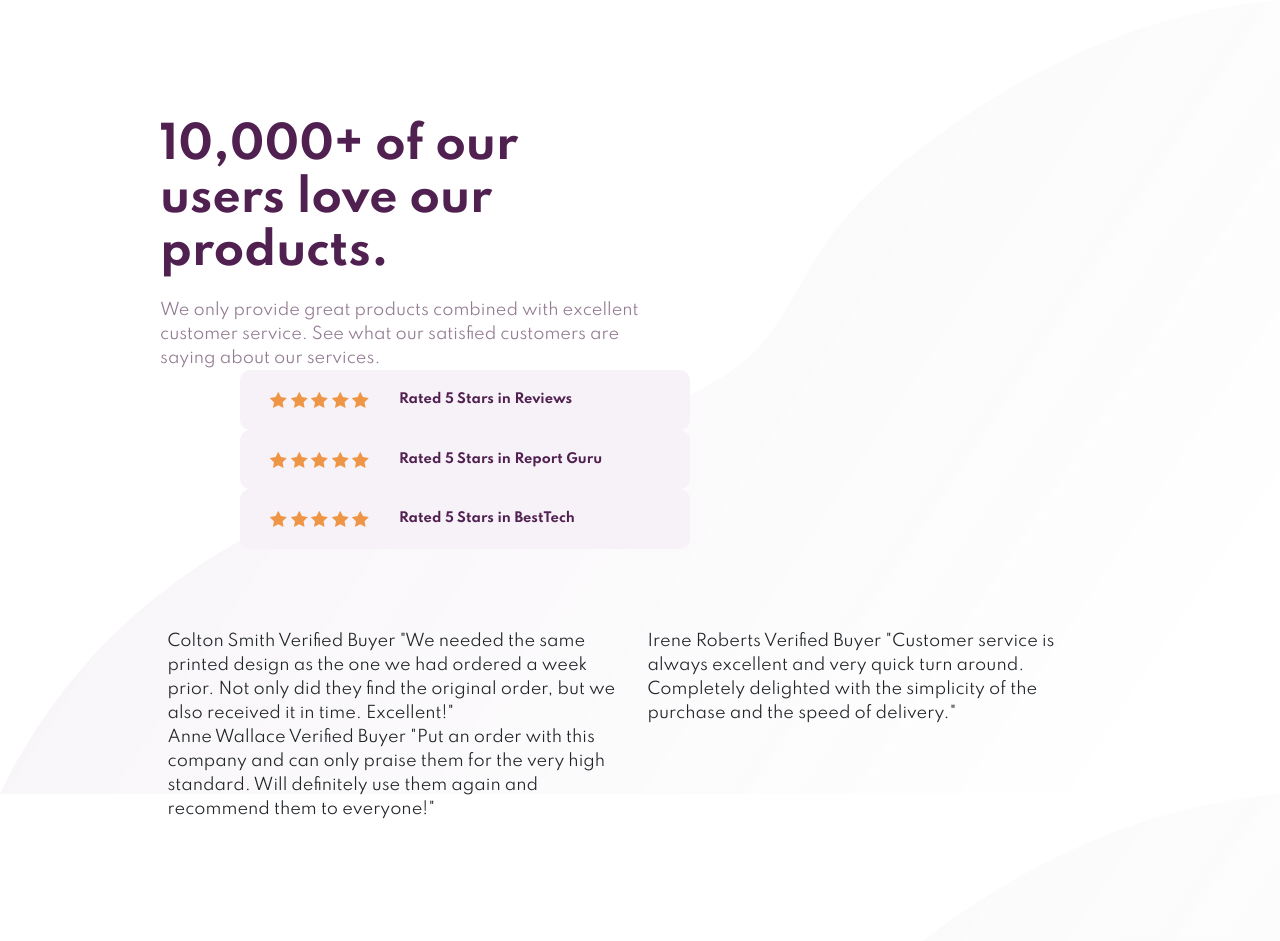
Repository: metehankasapp/social-proof-section-master
Page: index.html
These files come from the project's save history. The page is drawn as it stood at one moment and after the next save; the edit follows.
The browser window is 1280 px wide. The pictures show the whole page.
Some web libraries are served in a nearby version.

Above is the page before, as saved 2021-12-05 08:16:53.

### index.html
<!DOCTYPE html>
<html lang="en">

<head>
  <meta charset="UTF-8" />
  <meta name="viewport" content="width=device-width, initial-scale=1.0" />


  <title>Frontend Mentor | Social proof section</title>
  <link rel="preconnect" href="https://fonts.googleapis.com">
  <link rel="preconnect" href="https://fonts.gstatic.com" crossorigin>
  <link href="https://fonts.googleapis.com/css2?family=Spartan:wght@100;200;300;400;500;600;700;800;900&display=swap"
    rel="stylesheet">
  <link href="https://cdn.jsdelivr.net/npm/bootstrap@5.1.3/dist/css/bootstrap.min.css" rel="stylesheet"
    integrity="sha384-1BmE4kWBq78iYhFldvKuhfTAU6auU8tT94WrHftjDbrCEXSU1oBoqyl2QvZ6jIW3" crossorigin="anonymous">
  <link rel="stylesheet" href="style.css">
</head>

<body>
  <div class="main-ctr">
    <div class="w-100 row p-0  header-ctr">
      <div class="col-12 col-lg-6 header-area">
        <div class="header-purple">
          <h5>10,000+ of our users love our products.</h5>
        </div>

        <p class="m-0 header-text">
          We only provide great products combined with excellent customer service.
          See what our satisfied customers are saying about our services.
        </p>
      </div>

      <div class="col-12 col-lg-6 d-flex justify-content-between align-items-baseline flex-column">
        <div class="rate-container">
          <div class="stars">
            <img src="images/icon-star.svg" alt="">
            <img src="images/icon-star.svg" alt="">

            <img src="images/icon-star.svg" alt="">
            <img src="images/icon-star.svg" alt="">
            <img src="images/icon-star.svg" alt="">

          </div>
          <p class="m-0">Rated 5 Stars in Reviews</p>
        </div>
        <div class="rate-container">
          <div class="stars">
            <img src="images/icon-star.svg" alt="">
            <img src="images/icon-star.svg" alt="">

            <img src="images/icon-star.svg" alt="">
            <img src="images/icon-star.svg" alt="">
            <img src="images/icon-star.svg" alt="">

          </div>
          <p class="m-0">Rated 5 Stars in Report Guru</p>
        </div>
        <div class="rate-container">
          <div class="stars">
            <img src="images/icon-star.svg" alt="">
            <img src="images/icon-star.svg" alt="">

            <img src="images/icon-star.svg" alt="">
            <img src="images/icon-star.svg" alt="">
            <img src="images/icon-star.svg" alt="">

          </div>
          <p class="m-0">Rated 5 Stars in BestTech</p>
        </div>
      </div>
    </div>

    <div class="w-100 row m-0 p-0 ">
      <div class="card-item col-12 col-lg-6">
        Colton Smith
        Verified Buyer
        "We needed the same printed design as the one we had ordered a week prior.
        Not only did they find the original order, but we also received it in time.
        Excellent!"
      </div>
      <div class="card-item col-12 col-lg-6">

        Irene Roberts
        Verified Buyer
        "Customer service is always excellent and very quick turn around. Completely
        delighted with the simplicity of the purchase and the speed of delivery."
      </div>
      <div class="card-item col-12 col-lg-6">

        Anne Wallace
        Verified Buyer
        "Put an order with this company and can only praise them for the very high
        standard. Will definitely use them again and recommend them to everyone!"
      </div>
    </div>
  </div>

  <script src="https://cdn.jsdelivr.net/npm/bootstrap@5.1.3/dist/js/bootstrap.bundle.min.js"
    integrity="sha384-ka7Sk0Gln4gmtz2MlQnikT1wXgYsOg+OMhuP+IlRH9sENBO0LRn5q+8nbTov4+1p" crossorigin="anonymous">
  </script>
  <script src="https://cdn.jsdelivr.net/npm/@popperjs/core@2.10.2/dist/umd/popper.min.js"
    integrity="sha384-7+zCNj/IqJ95wo16oMtfsKbZ9ccEh31eOz1HGyDuCQ6wgnyJNSYdrPa03rtR1zdB" crossorigin="anonymous">
  </script>
  <script src="https://cdn.jsdelivr.net/npm/bootstrap@5.1.3/dist/js/bootstrap.min.js"
    integrity="sha384-QJHtvGhmr9XOIpI6YVutG+2QOK9T+ZnN4kzFN1RtK3zEFEIsxhlmWl5/YESvpZ13" crossorigin="anonymous">
  </script>
</body>

</html>

### style.css
*{
    margin: 0;
    padding: 0;
    box-sizing: border-box;
}


html{
    font-size: 10px;
}

body{
    background-image: url('images/bg-pattern-bottom-desktop.svg');
    background-size: cover;
    height: 100vh;
    font-size: 1.6rem;
    font-family: 'Spartan', sans-serif;
}

.main-ctr{
    padding: 12rem 16rem;
}

.header-ctr{

    margin-bottom: 8rem;
}

.header-area{
    width: 500px;
}
.header-purple h5{
    font-weight: 700;
    font-size: 44px;
    color: hsl(300, 43%, 22%);
    margin-bottom: 2rem;
}

.header-text{

    font-size: 16px;
    color: hsl(303, 10%, 53%);
}

.rate-container{
    color: hsl(300, 43%, 22%);
    font-weight: 700;
    padding: 2rem 3rem;
    background-color: hsl(300, 24%, 96%);
    font-size: 13px;
    border-radius: 10px;
    width: 450px;
    display: flex;
    justify-content: baseline;
    align-items: baseline;
}

.rate-container:nth-child(2){
    margin-left: 4rem;
}
.rate-container:nth-child(3){
    margin-left: 8rem;
}

.stars {
    margin-right: 3rem;
}

After the next save:
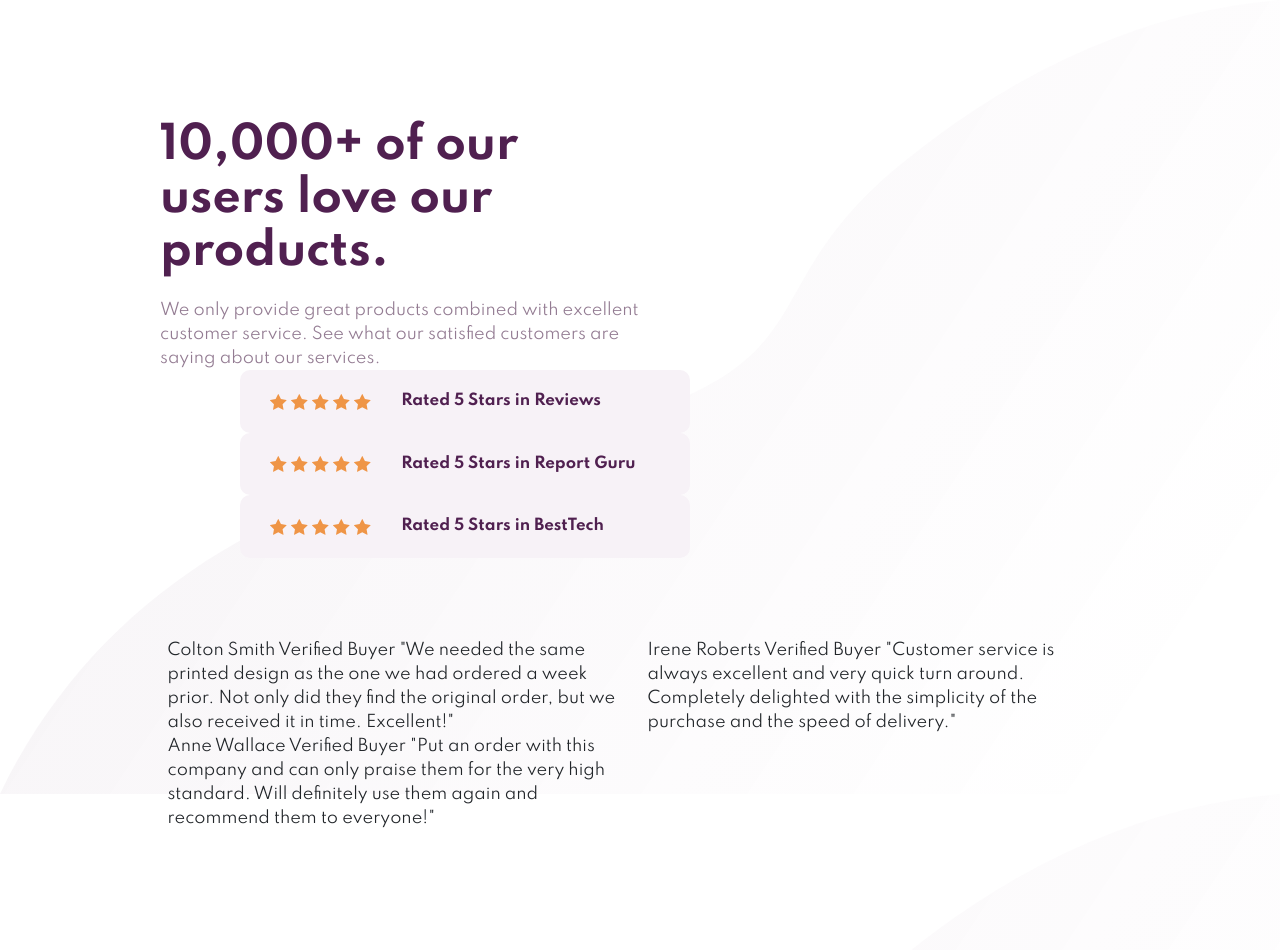
Saved 20 s later.
--- a/style.css
+++ b/style.css
@@ -47,7 +47,7 @@ body{
     font-weight: 700;
     padding: 2rem 3rem;
     background-color: hsl(300, 24%, 96%);
-    font-size: 13px;
+    font-size: 15px;
     border-radius: 10px;
     width: 450px;
     display: flex;
